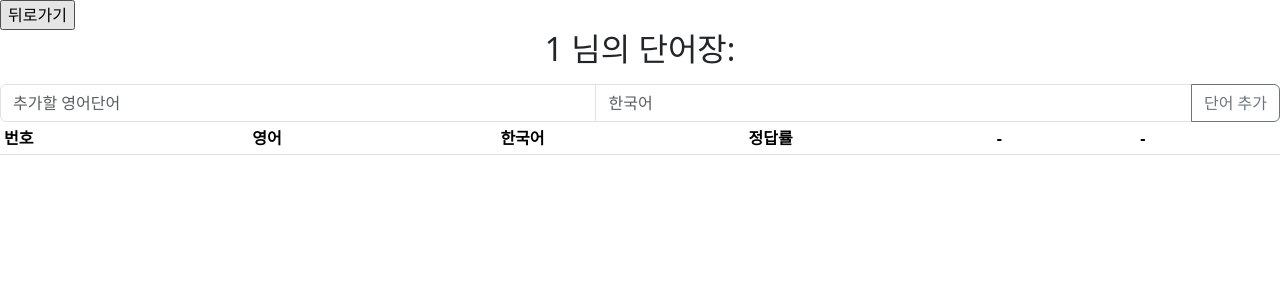
Repository: kokoko12334/myvocab-toy
Page: http://localhost/myVocabularyList/detail
An editor plug-in stored every save of this project. The page is shown before and after the next save, followed by the edit.
The browser window is 1280 px wide. The pictures show the whole page.
The page is served by Tomcat 9. The session is filled in as if someone had signed in: {"id": 1, "pwd": 1, "list": 1}. Queries for data that is not in the repository find no rows.

Above is the page before, as saved 2023-04-07 12:29:47.

After the next save:
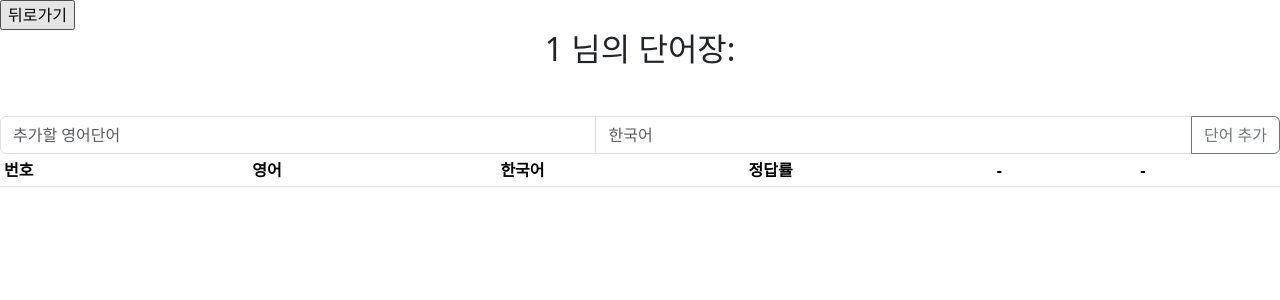
Saved 8 s later.
--- a/myVocabularyList/src/main/webapp/WEB-INF/views/myvocabulary/detail.jsp
+++ b/myVocabularyList/src/main/webapp/WEB-INF/views/myvocabulary/detail.jsp
@@ -21,7 +21,7 @@
 	</div>
 
 
- <div class = "my-3">
+ <div class = "my-5">
 	<form action = "/addword" method = "post">
 	<div class="input-group">
 		<input type = text name = "english" placeholder = "추가할 영어단어" aria-label="First name" class="form-control">
